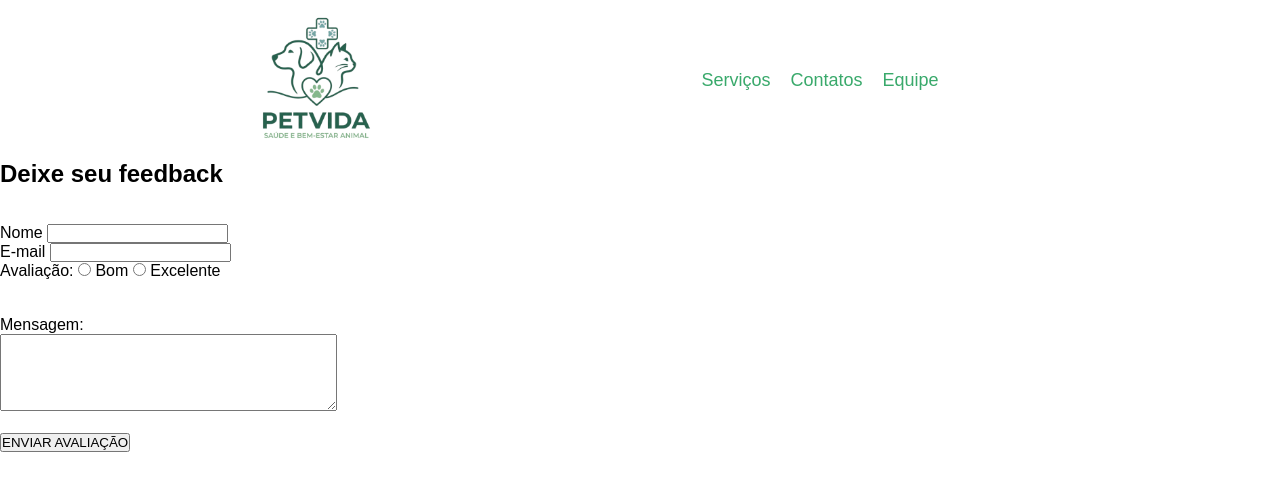
Repository: antonymsantana-design/Veterinario
Page: contatos.html
An editor plug-in stored every save of this project. The page is shown before and after the next save, followed by the edit.
The browser window is 1280 px wide. The pictures show the whole page.

Above is the page before, as saved 2026-10-03 18:38:10.

After the next save:
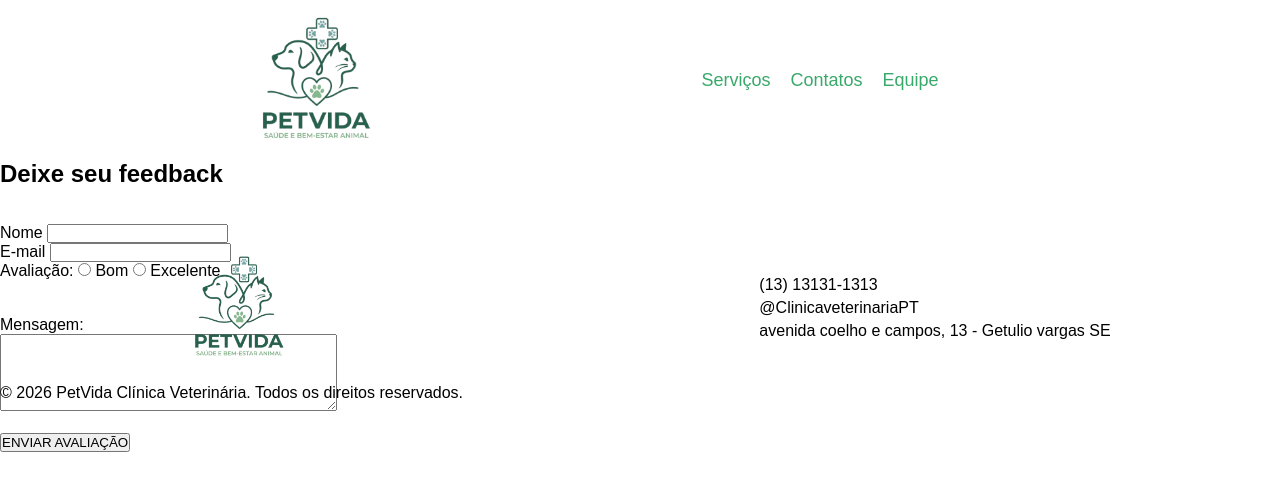
Saved 3 s later.
--- a/script3.js
+++ b/script3.js
@@ -69,6 +69,19 @@
             </form>
         </div>
     </div>
-    `
+    <div class="cimaF">
+        <div class="direita">
+            <img src="image/logo.png" alt="logo" class="logoIMGF" id="logoIMG" />
+        </div>
+
+        <div class="esquerda">
+            <p>(13) 13131-1313</p>
+            <p>@ClinicaveterinariaPT</p>
+            <p>avenida coelho e campos, 13 - Getulio vargas SE</p>
+        </div>
+    </div>
+    <div class="baixoF">
+        <p>© 2026 PetVida Clínica Veterinária. Todos os direitos reservados.</p>
+    </div>`
 
 ;

After the save that followed:
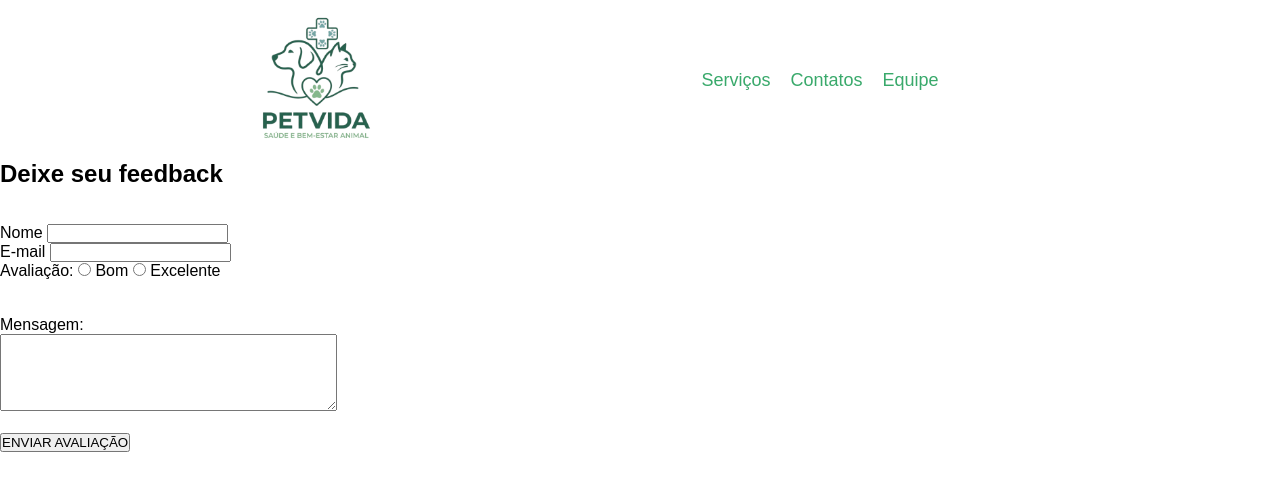
Saved 8 s later.
--- a/script3.js
+++ b/script3.js
@@ -69,19 +69,6 @@
             </form>
         </div>
     </div>
-    <div class="cimaF">
-        <div class="direita">
-            <img src="image/logo.png" alt="logo" class="logoIMGF" id="logoIMG" />
-        </div>
-
-        <div class="esquerda">
-            <p>(13) 13131-1313</p>
-            <p>@ClinicaveterinariaPT</p>
-            <p>avenida coelho e campos, 13 - Getulio vargas SE</p>
-        </div>
-    </div>
-    <div class="baixoF">
-        <p>© 2026 PetVida Clínica Veterinária. Todos os direitos reservados.</p>
-    </div>`
+    `
 
 ;
